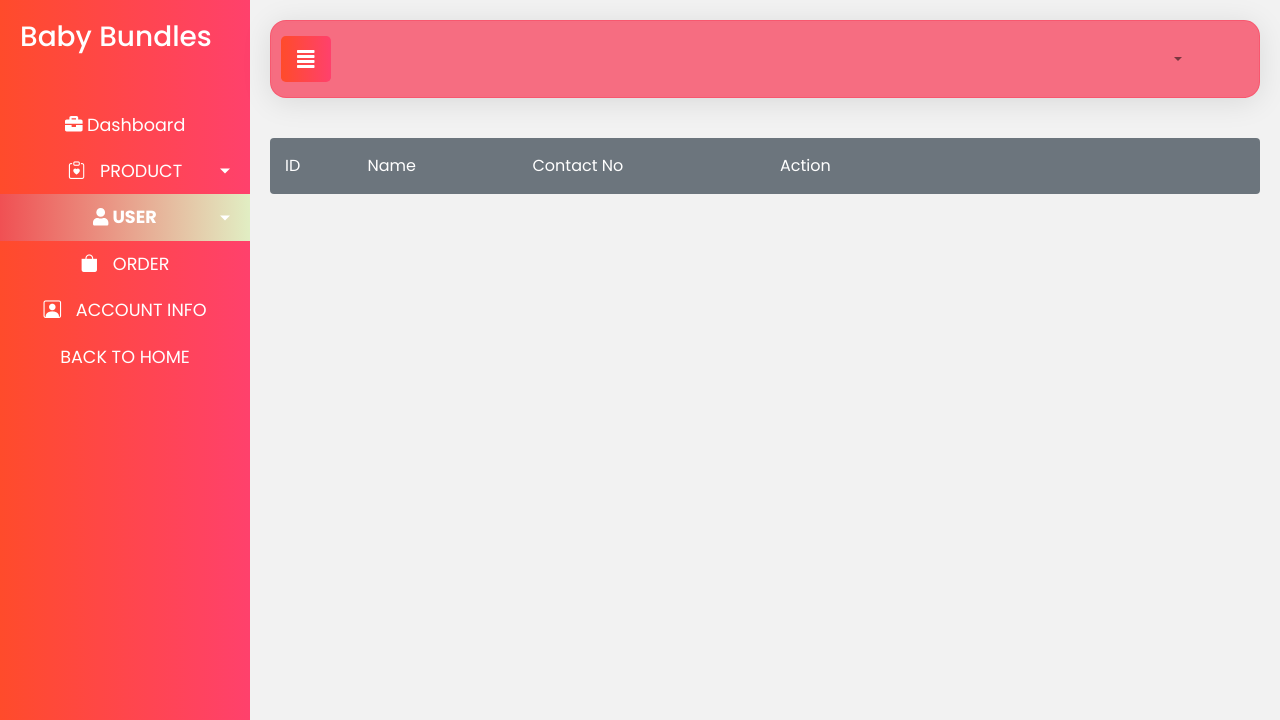
Repository: jiahow99/Baby-Bundles-University
Page: http://localhost/admin-viewuser.php
The author's editor kept a copy of each file at every save. The page is drawn from the files as they stood at one save, then again after the next save.
The browser window is 1280 px wide. The pictures show the whole page.
Some web libraries are served in a nearby version. The page is run by PHP 8.4 with error messages shown; the project is at /var/www/html/. Queries for data that is not in the repository find no rows.

Above is the page before, as saved 2022-11-25 00:35:56.

After the next save:
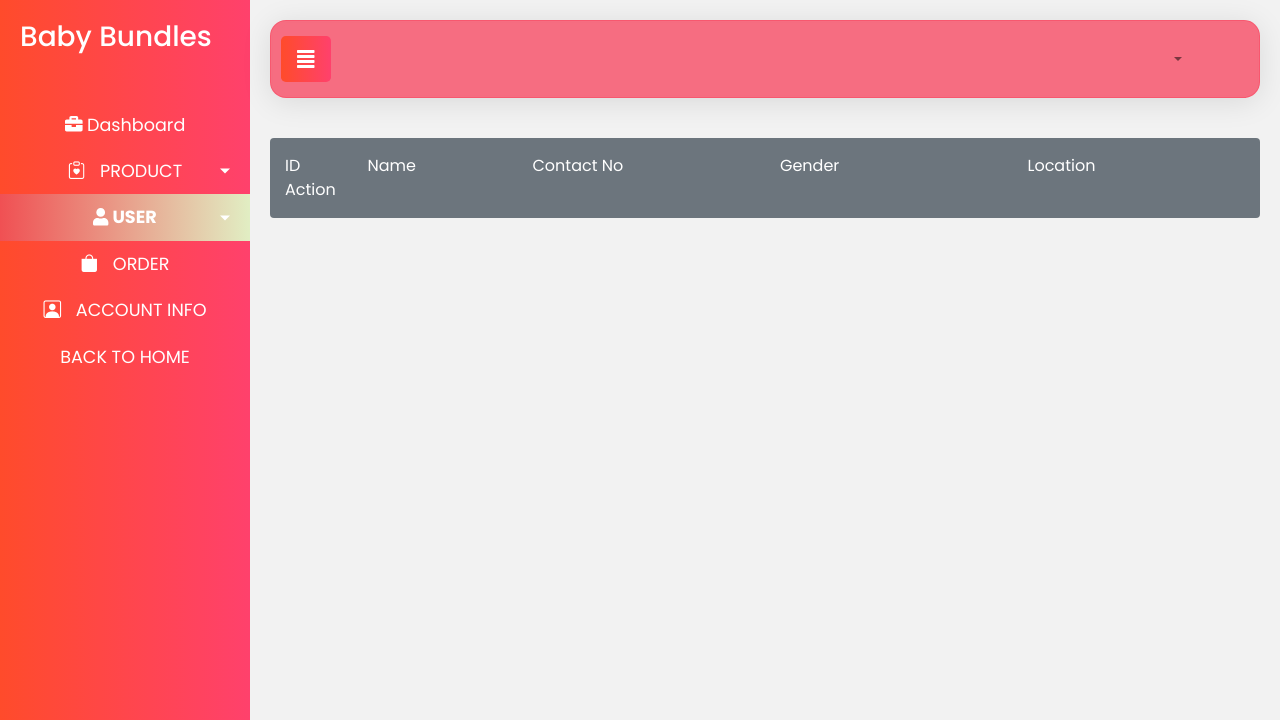
Saved 14 s later.
--- a/admin-viewuser.php
+++ b/admin-viewuser.php
@@ -110,6 +110,8 @@
                     <div class="col-1 text-white">ID</div>
                     <div class="col-2 text-white">Name</div>
                     <div class="col-3 text-white">Contact No</div>
+                    <div class="col-3 text-white">Gender</div>
+                    <div class="col-3 text-white">Location</div>
                     <div class="col-4 text-white">Action</div>
                 </div>
 

After the 4 saves that followed:
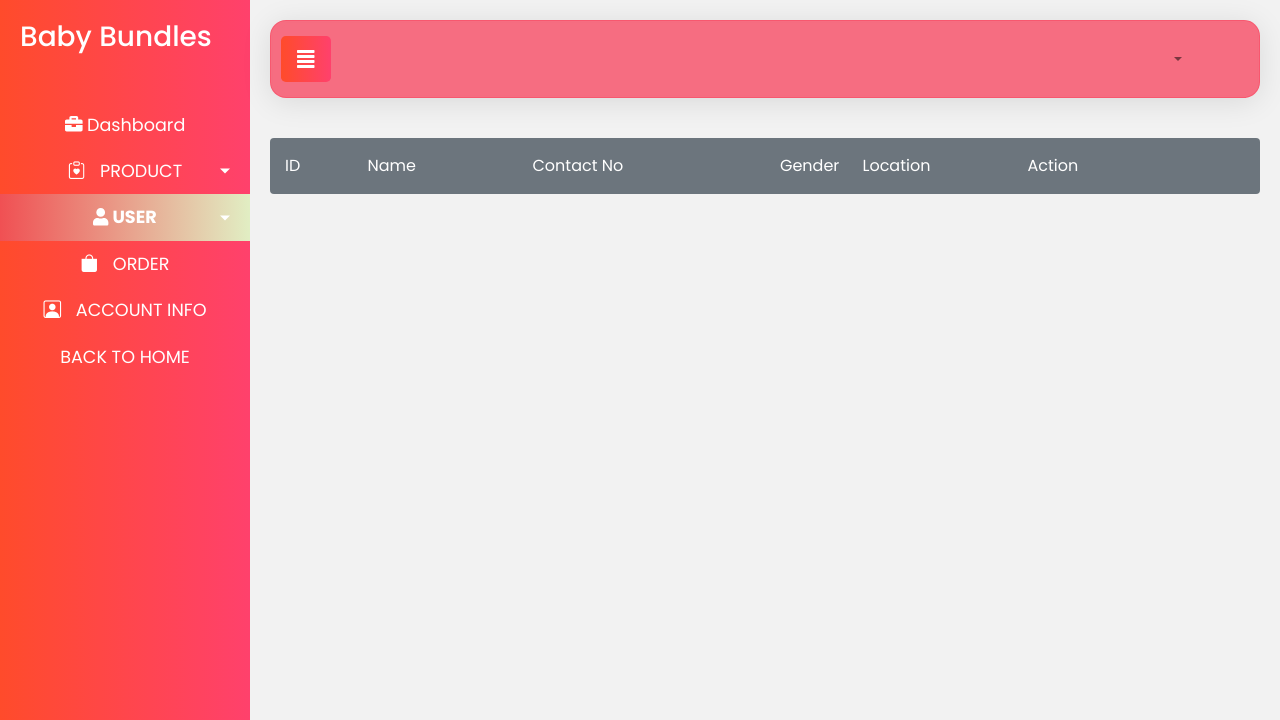
The 4 saves are shown as one change because 1 left the picture as it was and some came seconds apart.
The last was saved 22 s later.
--- a/admin-viewuser.php
+++ b/admin-viewuser.php
@@ -110,9 +110,9 @@
                     <div class="col-1 text-white">ID</div>
                     <div class="col-2 text-white">Name</div>
                     <div class="col-3 text-white">Contact No</div>
-                    <div class="col-3 text-white">Gender</div>
-                    <div class="col-3 text-white">Location</div>
-                    <div class="col-4 text-white">Action</div>
+                    <div class="col-1 text-white">Gender</div>
+                    <div class="col-2 text-white">Location</div>
+                    <div class="col-2 text-white">Action</div>
                 </div>
 
                 <!-- Users Goes here (AJAX) ..... -->
